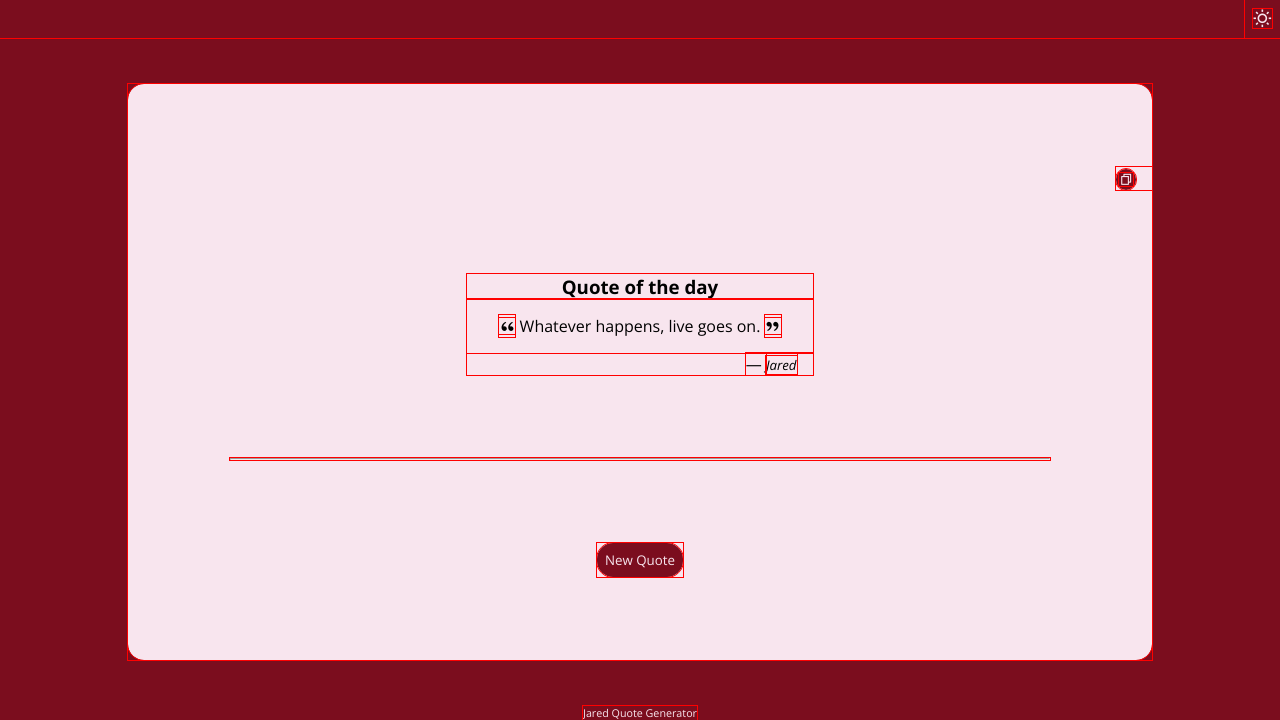
Repository: EguJaredoBoyd/Jared-Quote-Generator
Page: html/main.html
The author's editor kept a copy of each file at every save. The page is drawn from the files as they stood at one save, then again after the next save.
The browser window is 1280 px wide. The pictures show the whole page.
Some web libraries are served in a nearby version.

Above is the page before, as saved 2026-01-12 23:41:22.

After the next save:
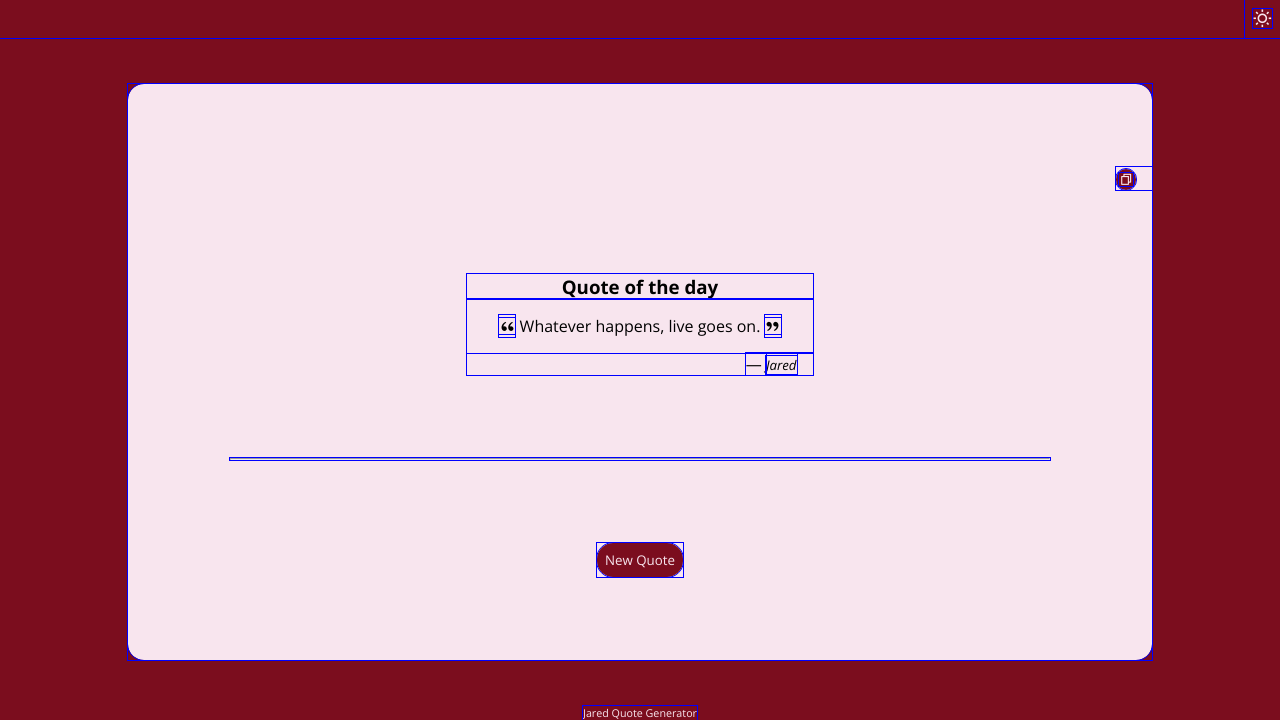
Saved 28 s later.
--- a/css/style.css
+++ b/css/style.css
@@ -3,7 +3,7 @@
   padding: 0;
   box-sizing: border-box;
 
-  outline: 1px solid red;
+  outline: 1px solid blue;
 }
 
 :root {
